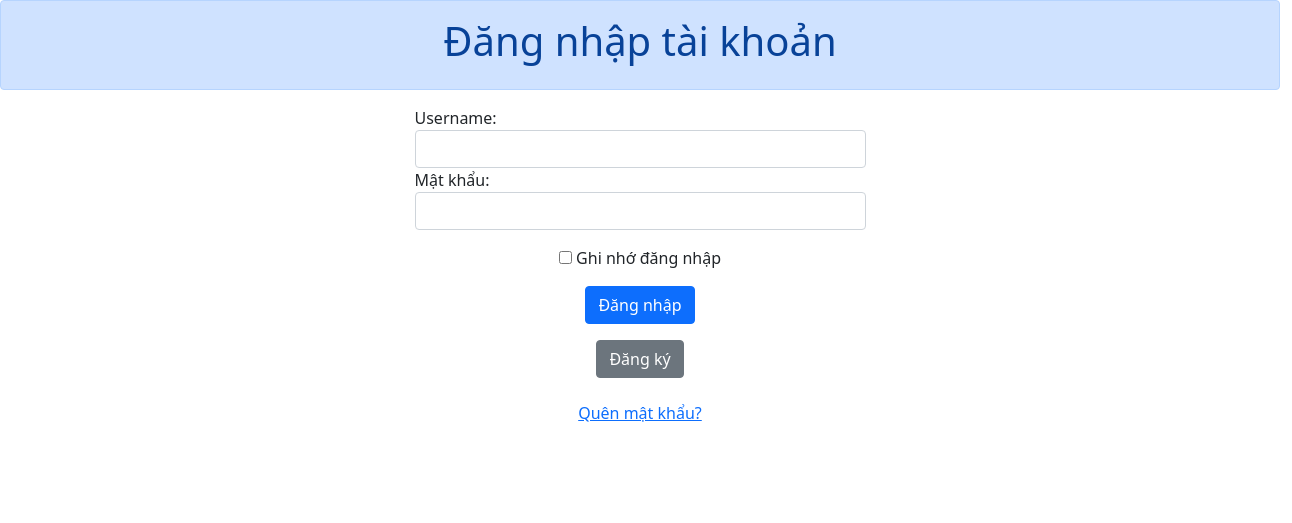
Repository: Carwyn1101/NguyenDinhHongPhuc_22133041
Page: http://localhost/LapTrinhWeb/views/login.jsp
An editor plug-in stored every save of this project. The page is shown before and after the next save, followed by the edit.
The browser window is 1280 px wide. The page is 1292 px wide, so the pictures cover 1292 px, including what lies to the right of the window. The pictures show the whole page.
The page is served by Tomcat 10. Nobody is signed in. The application's start-up code is not run.

Above is the page before, as saved 2024-09-16 13:51:07.

After the next save:
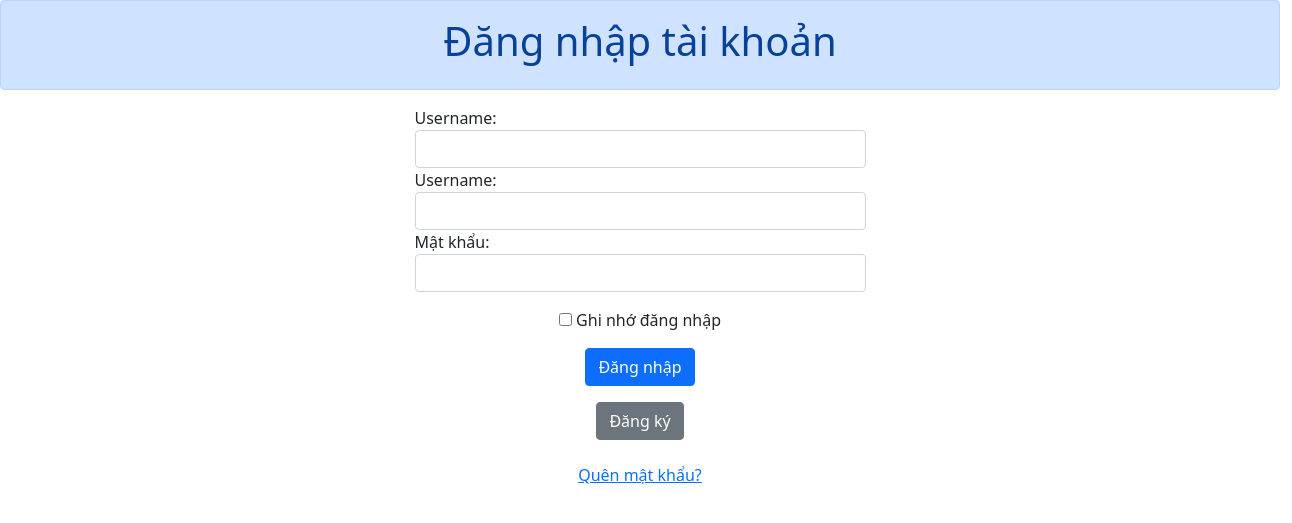
Saved 2 min 21 s later.
--- a/LapTrinhWeb/src/main/webapp/views/login.jsp
+++ b/LapTrinhWeb/src/main/webapp/views/login.jsp
@@ -29,6 +29,12 @@
 					<c:if test="${alert != null}">
 						<label class="alert alert-danger">${alert}</label>
 					</c:if>
+
+					<div class="form-group">
+						<label for="username">Username:</label> <input type="text"
+							id="username" name="username" class="form-control"
+							value="${username != null ? username : ''}" />
+					</div>
 
 					<div class="form-group">
 						<label for="username">Username:</label> <input type="text"

After the save that followed:
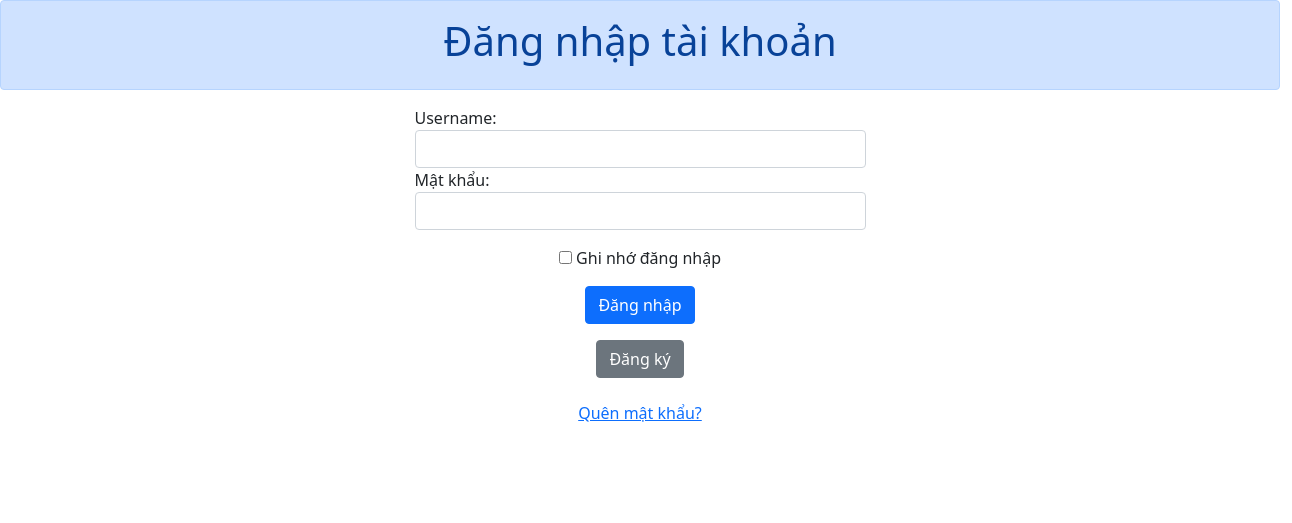
Saved 4 min 26 s later.
--- a/LapTrinhWeb/src/main/webapp/views/login.jsp
+++ b/LapTrinhWeb/src/main/webapp/views/login.jsp
@@ -37,11 +37,6 @@
 					</div>
 
 					<div class="form-group">
-						<label for="username">Username:</label> <input type="text"
-							id="username" name="username" class="form-control" />
-					</div>
-
-					<div class="form-group">
 						<label for="password">Mật khẩu: </label> <input type="password"
 							id="password" name="password" class="form-control" />
 					</div>
